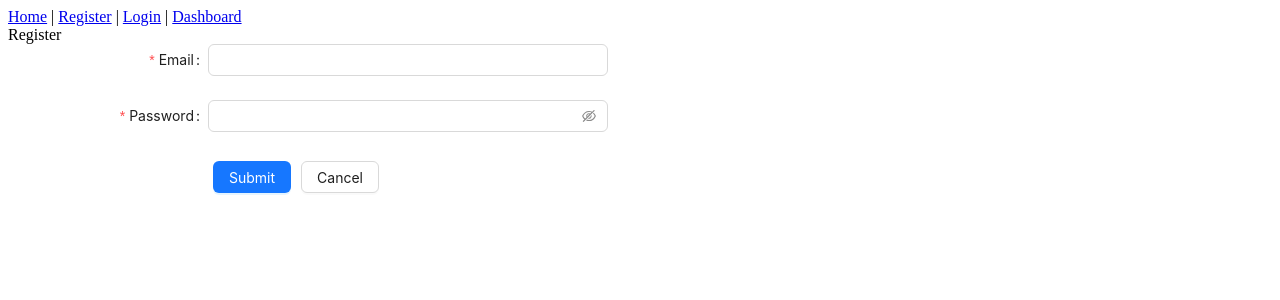
Repository: shaynewx/Airbrb
Page: /register (app in frontend/)
These files come from the project's save history. The page is drawn as it stood at one moment and after the next save; the edit follows.
The browser window is 1280 px wide. The pictures show the whole page.
The project was rebuilt for these pictures with package versions that can differ from the ones it lists, and the page was loaded fresh each time. Also part of the build but not shown: frontend/src/components/Home.jsx, frontend/src/components/form/apiService.jsx, frontend/src/components/form/LoginForm.jsx, frontend/src/components/Login.jsx, frontend/src/components/Dashboard.jsx.

Above is the page before, as saved 2023-11-07 13:09:42.

After the next save:
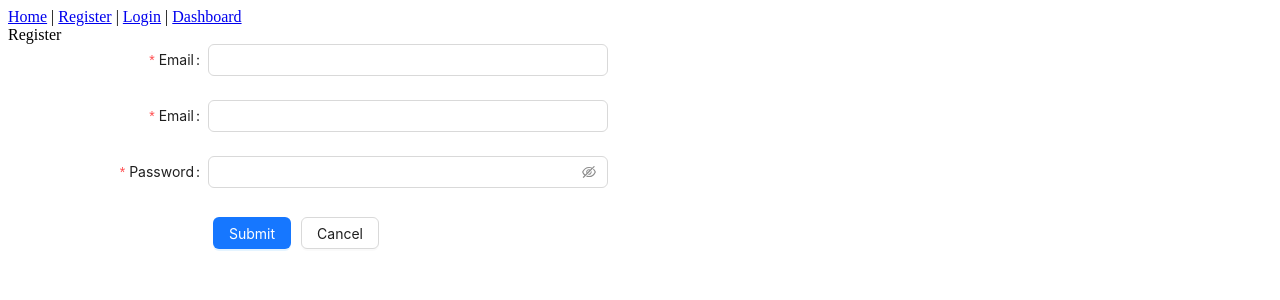
Saved 27 s later.
--- a/frontend/src/components/form/RegisterForm.jsx
+++ b/frontend/src/components/form/RegisterForm.jsx
@@ -28,6 +28,23 @@ const RegisterForm = () => (
     onFinishFailed={onFinishFailed}
     autoComplete="off"
   >
+    <Form.Item
+      label="Email"
+      name="email"
+      rules={[
+        {
+          type: 'email', // 使用内置的电子邮件规则
+          message: 'The input is not valid E-mail!',
+        },
+        {
+          required: true,
+          message: 'Please input your E-mail!',
+        },
+      ]}
+    >
+      <Input />
+    </Form.Item>
+
     <Form.Item
       label="Email"
       name="email"
